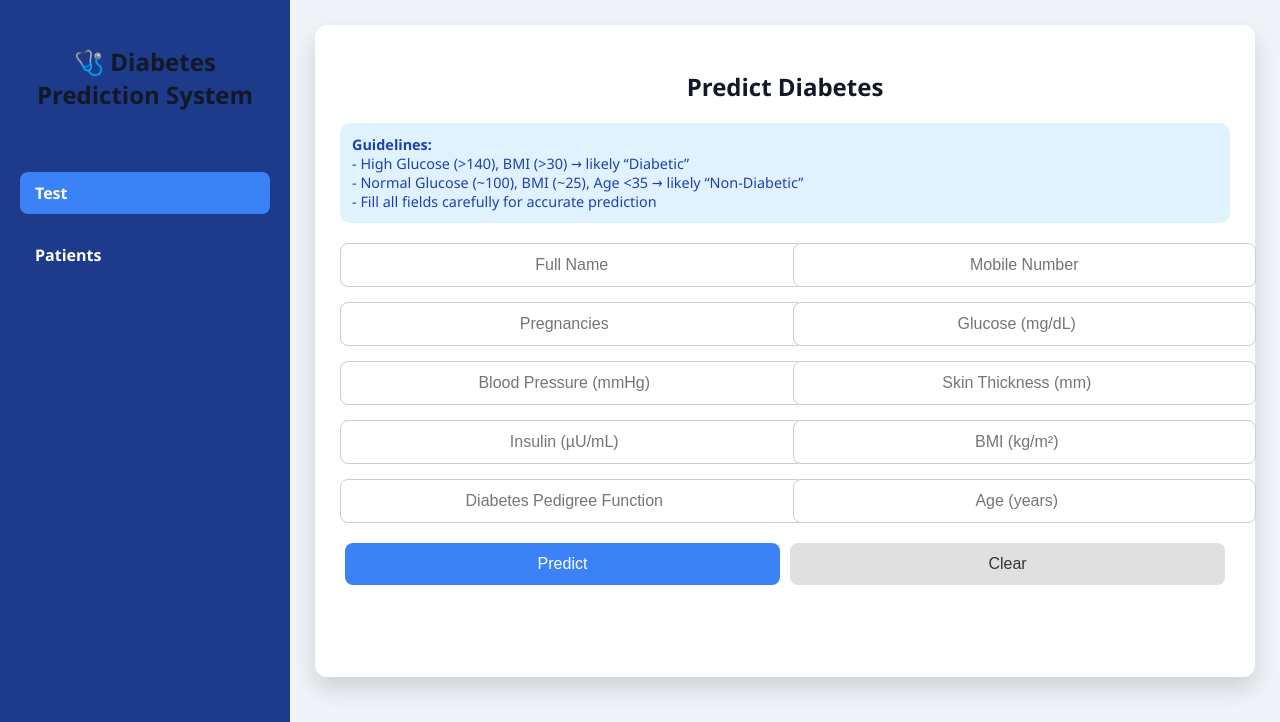
Repository: Aman14150/diabetes-prediction-system
Page: http://localhost/
An editor plug-in stored every save of this project. The page is shown before and after the next save, followed by the edit.
The browser window is 1280 px wide. The pictures show the whole page.
The page is served by the project's application, run on Flask 3 (app.py).

Above is the page before, as saved 2025-10-07 19:53:05.

### templates/index.html
<!DOCTYPE html>
<html lang="en">
<head>
    <meta charset="UTF-8">
    <title>Diabetes Prediction</title>
    <link rel="stylesheet" href="{{ url_for('static', filename='style.css') }}">
</head>
<body>
<div class="container">
    <aside class="sidebar">
        <h2>🩺 Diabetes Prediction System</h2>
        <ul>
            <li><a href="/" class="{% if not show_patients %}active{% endif %}">Test</a></li>
            <li><a href="/patients" class="{% if show_patients %}active{% endif %}">Patients</a></li>
        </ul>
    </aside>

    <main class="content">
        {% if not show_patients %}
        <!-- Test Form -->
        <div class="card">
            <h2>Predict Diabetes</h2>
            <div class="guidelines">
                <strong>Guidelines:</strong><br>
                - High Glucose (>140), BMI (>30) → likely “Diabetic”<br>
                - Normal Glucose (~100), BMI (~25), Age <35 → likely “Non-Diabetic”<br>
                - Fill all fields carefully for accurate prediction
            </div>

            <form id="diabetesForm" action="/predict" method="post">
                <input type="text" name="name" placeholder="Full Name" required>
                <input type="tel" name="mobile" placeholder="Mobile Number" required>
                <input type="number" name="Pregnancies" placeholder="Pregnancies" step="any" required>
                <input type="number" name="Glucose" placeholder="Glucose (mg/dL)" step="any" required>
                <input type="number" name="BloodPressure" placeholder="Blood Pressure (mmHg)" step="any" required>
                <input type="number" name="SkinThickness" placeholder="Skin Thickness (mm)" step="any" required>
                <input type="number" name="Insulin" placeholder="Insulin (µU/mL)" step="any" required>
                <input type="number" name="BMI" placeholder="BMI (kg/m²)" step="any" required>
                <input type="number" name="DiabetesPedigreeFunction" placeholder="Diabetes Pedigree Function" step="any" required>
                <input type="number" name="Age" placeholder="Age (years)" step="any" required>

                <div class="button-group">
                    <button type="submit" id="predictBtn">Predict</button>
                    <button type="button" id="clearBtn">Clear</button>
                </div>

                {% if prediction_text %}
                <div class="prediction">{{ prediction_text }}</div>
                {% else %}
                <div class="prediction">&nbsp;</div>
                {% endif %}
            </form>
        </div>
        {% else %}
        <!-- Patients Table -->
        <div class="card">
            <h2>Patients List</h2>
            <table>
                <thead>
                <tr>
                    {% for col in patient_columns %}
                        <th>{{ col|capitalize }}</th>
                    {% endfor %}
                    <th>Action</th>
                </tr>
                </thead>
                <tbody>
                {% for row in patient_data %}
                    <tr>
                        {% for item in row %}
                            <td>{{ item }}</td>
                        {% endfor %}
                        <td>
                            <form action="{{ url_for('delete_patient', patient_id=row[0]) }}" method="post">
                                <button type="submit" class="delete-btn">Delete</button>
                            </form>
                        </td>
                    </tr>
                {% endfor %}
                </tbody>
            </table>
        </div>
        {% endif %}
    </main>
</div>

<script>
    document.getElementById('clearBtn')?.addEventListener('click', function () {
        document.getElementById('diabetesForm')?.reset();
    });
</script>
</body>
</html>

### app.py
from flask import Flask, render_template, request, redirect, url_for
import joblib
import pandas as pd
import mysql.connector

app = Flask(__name__)

# MySQL Connection
db = mysql.connector.connect(
    host="127.0.0.1",
    port=3307,
    user="amanR",
    password="Mysql@150",
    database="diabetes_db"
)
cursor = db.cursor()
print("Database Connected successfully ✅")

# Load model & scaler
model = joblib.load("diabetes_model.pkl")
scaler = joblib.load("scaler.pkl")

@app.route('/')
def home():
    return render_template('index.html', prediction_text=None, show_patients=False)

@app.route('/predict', methods=['POST'])
def predict():
    try:
        # Personal info
        name = request.form['name']
        mobile = request.form['mobile']

        # Health data
        data = [float(request.form[key]) for key in [
            "Pregnancies","Glucose","BloodPressure","SkinThickness",
            "Insulin","BMI","DiabetesPedigreeFunction","Age"
        ]]
        input_df = pd.DataFrame([data], columns=[
            "Pregnancies","Glucose","BloodPressure","SkinThickness",
            "Insulin","BMI","DiabetesPedigreeFunction","Age"
        ])
        scaled_input = scaler.transform(input_df)
        prediction = model.predict(scaled_input)[0]
        result = "Diabetic" if prediction == 1 else "Non-Diabetic"

        # Save to MySQL
        sql = """INSERT INTO patients
                 (name, mobile, pregnancies, glucose, blood_pressure, skin_thickness, insulin, bmi, dpf, age, prediction)
                 VALUES (%s,%s,%s,%s,%s,%s,%s,%s,%s,%s,%s)"""
        cursor.execute(sql, (name, mobile, *data, result))
        db.commit()

        return render_template('index.html', prediction_text=f"Prediction: 🩺 {result}", show_patients=False)

    except Exception as e:
        return render_template('index.html', prediction_text=f"Error: {str(e)}", show_patients=False)

@app.route('/patients')
def patients():
    cursor.execute("SELECT * FROM patients")
    rows = cursor.fetchall()
    columns = [desc[0] for desc in cursor.description]
    return render_template('index.html', patient_data=rows, patient_columns=columns, show_patients=True)

@app.route('/delete/<int:patient_id>', methods=['POST'])
def delete_patient(patient_id):
    cursor.execute("DELETE FROM patients WHERE id=%s", (patient_id,))
    db.commit()
    return redirect(url_for('patients'))

if __name__ == '__main__':
    app.run(debug=True)

### static/style.css
body {
    font-family: 'Segoe UI', Tahoma, Geneva, Verdana, sans-serif;
    margin: 0;
    padding: 0;
    background: linear-gradient(135deg,#f0f4f8,#d9e2ec);
}

.container {
    display: flex;
    min-height: 100vh;
}

.sidebar {
    width: 250px;
    background: #1e3a8a;
    color: white;
    padding: 25px 20px;
    display: flex;
    flex-direction: column;
}

.sidebar h2 {
    text-align: center;
    margin-bottom: 25px;
    font-size: 1.5rem;
}

.sidebar ul {
    list-style: none;
    padding: 0;
    flex: 1;
}

.sidebar ul li {
    margin: 20px 0;
}

.sidebar ul li a {
    color: white;
    text-decoration: none;
    font-weight: bold;
    display: block;
    padding: 10px 15px;
    border-radius: 8px;
    transition: background 0.3s;
}

.sidebar ul li a.active, .sidebar ul li a:hover {
    background: #3b82f6;
}

.content {
    flex: 1;
    padding: 25px;
    background: #f0f4f8;
}

.card {
    background: white;
    padding: 25px;
    border-radius: 12px;
    box-shadow: 0 12px 25px rgba(0,0,0,0.15);
    margin-bottom: 20px;
}

h2 {
    text-align: center;
    color: #111827;
}

.guidelines {
    background-color: #e0f2fe;
    color: #1e40af;
    padding: 12px;
    border-radius: 10px;
    margin-bottom: 20px;
    font-size: 0.9rem;
    text-align: left;
}

form {
    display: grid;
    grid-template-columns: 1fr 1fr;
    gap: 15px;
}

input {
    width: 100%;
    padding: 12px;
    border-radius: 8px;
    border: 1px solid #ccc;
    font-size: 1rem;
    text-align: center;
}

input:focus {
    outline: none;
    border-color: #3b82f6;
    box-shadow: 0 0 5px rgba(59,130,246,0.5);
}

.button-group {
    grid-column: span 2;
    display: flex;
    justify-content: space-between;
}

button {
    padding: 12px;
    font-size: 1rem;
    border-radius: 8px;
    border: none;
    cursor: pointer;
    flex: 1;
    margin: 5px;
    transition: background-color 0.3s ease;
}

#predictBtn {
    background-color: #3b82f6;
    color: white;
}

#predictBtn:hover {
    background-color: #1e40af;
}

#clearBtn {
    background-color: #e0e0e0;
    color: #333;
}

#clearBtn:hover {
    background-color: #bdbdbd;
}

.prediction {
    grid-column: span 2;
    text-align: center;
    margin-top: 20px;
    font-size: 1.2rem;
    font-weight: bold;
    color: #3b82f6;
}

table {
    width: 100%;
    border-collapse: collapse;
}

table, th, td {
    border: 1px solid #ccc;
}

th, td {
    padding: 12px;
    text-align: center;
}

th {
    background: #3b82f6;
    color: white;
}

.delete-btn {
    background: #ef4444;
    color: white;
    padding: 6px 12px;
    border-radius: 6px;
    border: none;
    cursor: pointer;
    transition: 0.3s;
}

.delete-btn:hover {
    background: #b91c1c;
}

After the next save:
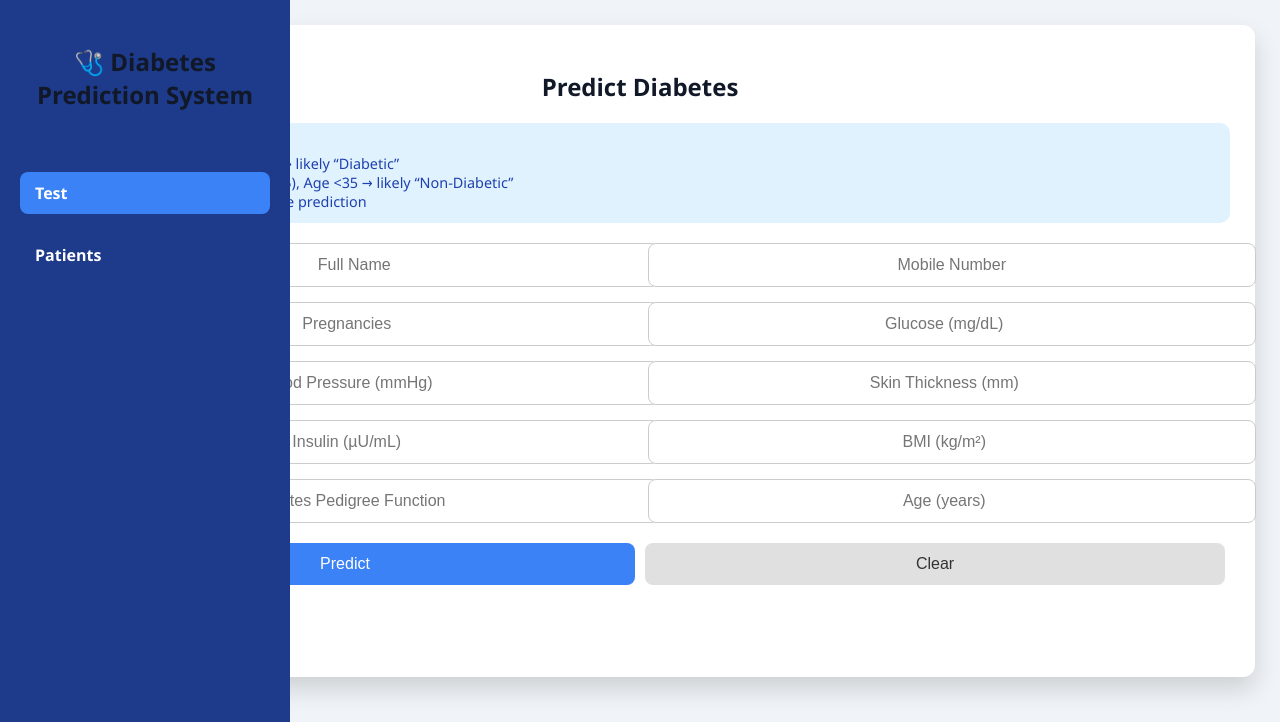
Saved 99 s later.
--- a/static/style.css
+++ b/static/style.css
@@ -11,13 +11,21 @@ body {
 }
 
 .sidebar {
-    width: 250px;
+    width: 250px;          /* Fixed width */
+    min-width: 250px;      /* Ensures it never shrinks */
+    max-width: 250px;      /* Ensures it never grows */
     background: #1e3a8a;
     color: white;
     padding: 25px 20px;
     display: flex;
     flex-direction: column;
+    position: fixed;        /* Fixed on left side */
+    top: 0;
+    left: 0;
+    height: 100vh;
+    overflow-y: auto;       /* Scroll if content exceeds height */
 }
+
 
 .sidebar h2 {
     text-align: center;
